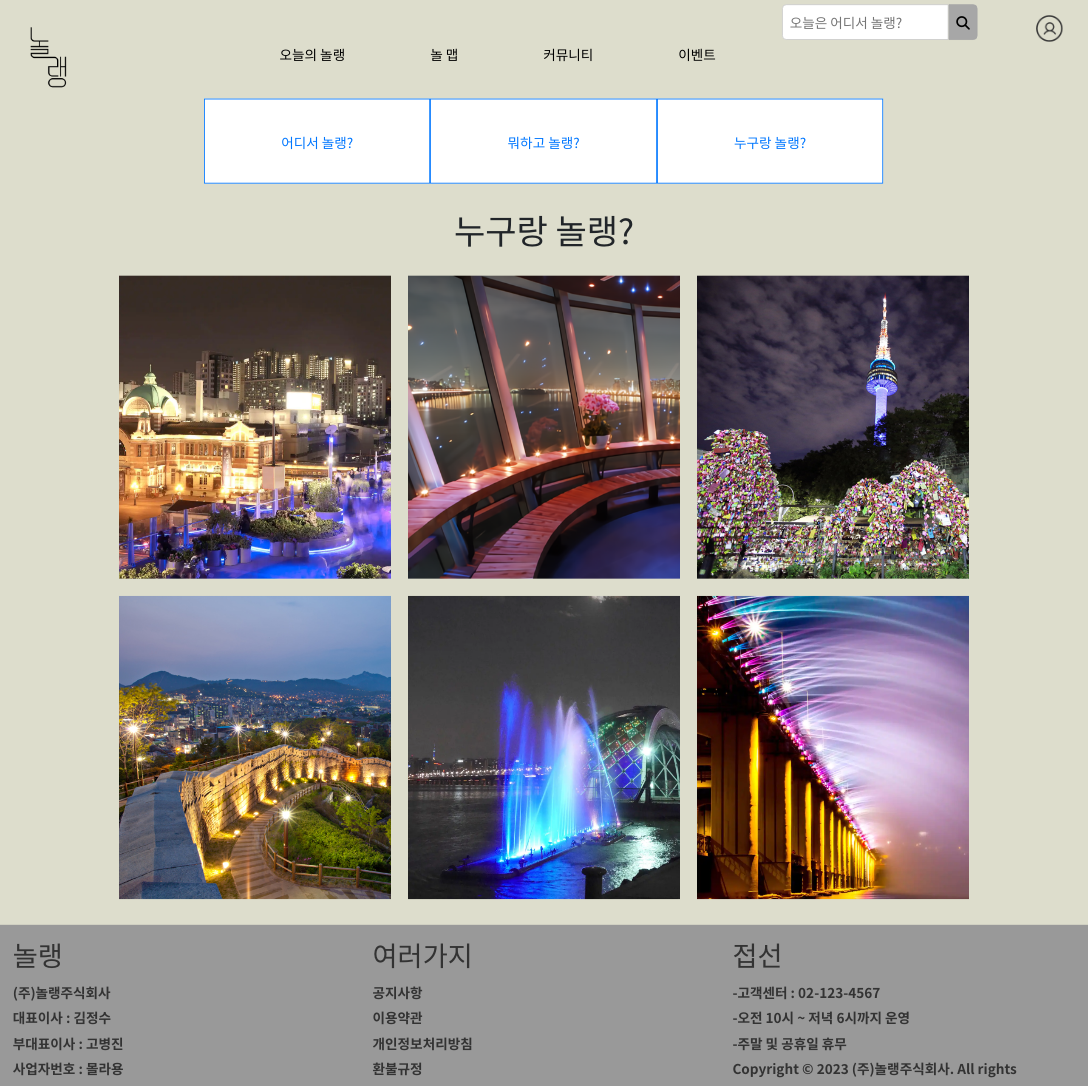
Repository: rrqrw/-
Page: http://localhost/noll_project/who/who2.jsp
The author's editor kept a copy of each file at every save. The page is drawn from the files as they stood at one save, then again after the next save.
The browser window is 1280 px wide. The pictures show the whole page, at 85% of full size.
Some web fonts or font styles are not loaded; a fallback is used. Some web libraries are served in a nearby version. The page is served by Tomcat 9. Other server files are loaded and not shown.

Above is the page before, as saved 2023-12-12 12:19:00.

### noll_project/src/main/webapp/who/who2.jsp
<%@ page language="java" contentType="text/html; charset=UTF-8"
    pageEncoding="UTF-8"%>
<%@ taglib uri="http://java.sun.com/jsp/jstl/core" prefix="c" %>
<%@ taglib uri="http://java.sun.com/jsp/jstl/fmt" prefix="fmt" %>
<!DOCTYPE html>
<html lang="en">
<head>
  <meta charset="UTF-8">
  <meta name="viewport" content="width=device-width, initial-scale=1.0">
  <title>Document</title>
  <link rel="stylesheet"  href="../resources/css/bootstrap.css">
  <link rel="stylesheet" href="../resources/css/style.css">

 <script src="https://kit.fontawesome.com/7c6041109a.js" crossorigin="anonymous"></script>
  <link href="https://fonts.googleapis.com/css2?family=Black+Han+Sans&family=Nanum+Gothic+Coding:wght@700&family=Nanum+Pen+Script&family=Noto+Sans+KR&display=swap" rel="stylesheet">
</head>
<body>
<jsp:include page="../header.jsp" />
  <div class="container">
    <div class="menu">
    <ul>
      <li><a href="../who/who1.jsp">어디서 놀랭?</a></li>
      <li><a href="../who/who2.jsp">뭐하고 놀랭?</a></li>
      <li><a href="../who/who3.jsp">누구랑 놀랭?</a></li>
    </ul>
  </div>
    <div id="content">
    <h1>누구랑 놀랭?</h1>
    <ul class="prod-list">
      <li>
        <img src="../resources/images/7017.jpg" alt="상품1">
        <div class="caption">
          <a href="../instar/instar.jsp"><h2>상품 1</h2></a>
          <p>상품 1 설명 텍스트</p>
          <p>가격: 20,000원</p>
        </div>
      </li>
      <li>
        <img src="../resources/images/bg2광진.png" alt="상품2" >
        <div class="caption">
          <a href="../instar/instar.jsp"><h2>상품 1</h2></a>
          <p>상품 2 설명 텍스트</p>
          <p>가격: 30,000원</p>
        </div>
      </li>
      <li>
        <img src="../resources/images/bg3.jpg" alt="상품3">
        <div class="caption">
          <a href="../instar/instar.jsp"><h2>상품 1</h2></a>
          <p>상품 3 설명 텍스트</p>
          <p>가격: 30,000원</p>
        </div>
      </li>
      <li>
        <img src="../resources/images/낙산.jpg" alt="상품3">
        <div class="caption">
          <a href="../instar/instar.jsp"><h2>상품 1</h2></a>
          <p>상품 3 설명 텍스트</p>
          <p>가격: 30,000원</p>
        </div>
      </li>
      <li>
        <img src="../resources/images/여의도한강.jpg" alt="상품3">
        <div class="caption">
          <a href="../instar/instar.jsp"><h2>상품 1</h2></a>
          <p>상품 3 설명 텍스트</p>
          <p>가격: 30,000원</p>
        </div>
      </li>
      <li>
        <img src="../resources/images/한강.jpg" alt="상품3">
        <div class="caption">
          <a href="../instar/instar.jsp"><h2>상품 1</h2></a>
          <p>상품 3 설명 텍스트</p>
          <p>가격: 30,000원</p>
        </div>
      </li>

    </ul>
  	</div>

        </div>
  <jsp:include page="../footer.jsp" />
</body>
</html>

### noll_project/src/main/webapp/header.jsp
<%@ page language="java" contentType="text/html; charset=UTF-8"
    pageEncoding="UTF-8"%>
<!DOCTYPE html>
<html lang="en">
<head>
  <meta charset="UTF-8">
  <meta name="viewport" content="width=device-width, initial-scale=1.0">
  <title>상단 메뉴(nav bar)</title>

  <link rel="stylesheet" href="resources/css/style.css">

  <script src="https://kit.fontawesome.com/7c6041109a.js" crossorigin="anonymous"></script>
  <script src="https://code.jquery.com/jquery-3.7.1.js" integrity="sha256-eKhayi8LEQwp4NKxN+CfCh+3qOVUtJn3QNZ0TciWLP4=" crossorigin="anonymous"></script>
  <!-- defer, async 아래 html을 다읽고 외부 js를 읽게 (지연) 해줌 -->
</head>
<body>
  <nav class="navbar">
    <div class="navbar_logo">
      <a href="#"><img src="../resources/images/logo.png" alt="로고" style="width: 80px;"></a>
    </div>
    <ul class="navbar_menu">
      <li><a href="">오늘의 놀랭</a></li>
      <li><a href="">놀 맵</a></li>
      <li><a href="">커뮤니티</a></li>
      <li><a href="">이벤트</a></li>
    </ul>
    <a href="#" class="navbar_toggleBtn">
      <i class="fa-solid fa-bars"></i>
    </a>

    <div id="search">
      <form action="#" method="get">
          <input type="text" placeholder="오늘은 어디서 놀랭?" id="search_input">
          <button type="submit"><i class="fas fa-search"></i></button>
      </form>
    </div>
  <div id="login">
     <a href="#"><img src="../resources/images/login.png" alt="로그인"></a>
  </div>
  </nav>
</body>
</html>

### noll_project/src/main/webapp/footer.jsp
<%@ page language="java" contentType="text/html; charset=UTF-8"
    pageEncoding="UTF-8"%>
<footer class="footer_cell">
      <div class="footer_info">
         <div class="footer_cell">
            <h2 class="footer_h">놀랭</h2>
            <ul class="footer_u">
               <li>(주)놀랭주식회사</li>
               <li>대표이사 : 김정수</li>
               <li>부대표이사 : 고병진</li>
               <li>사업자번호 : 몰라용</li>
            </ul>
         </div>
         <div class="footer_cell">
            <h2 class="footer_h">여러가지</h2>
            <ul class="footer_u">
               <!-- 나중에 링크 넣어서 바로 넘어갈 수 있도록 생각 -->
               <li><a href="#">공지사항</a></li>
               <li><a href="#">이용약관</a></li>
               <li><a href="#">개인정보처리방침</a></li>
               <li><a href="#">환불규정</a></li>
            </ul>
         </div>
         <div class="footer_cell">
            <h2 class="footer_h">접선</h2>
            <ul class="footer_u">
               <li>-고객센터 : 02-123-4567</li>
               <li>-오전 10시 ~ 저녁 6시까지 운영</li>
               <li>-주말 및 공휴일 휴무</li>
               <li>Copyright © 2023 (주)놀랭주식회사. All rights</li>
            </ul>
         </div>
      </div>
   </footer>

### noll_project/src/main/webapp/resources/css/style.css
@charset "UTF-8";
*{
	font-family: 'Noto Sans KR', sans-serif;
}
body{
	background: #ddddcc;
}
/* header 스타일 */
a{
  text-decoration: none;
  color: black;
}

/* pc 기준 */
.navbar{
  display: flex;
  justify-content: space-between;
  align-items: center;
}

.navbar_logo{
  width: 80px;
  height: 80px;
  font-size: 24px;
  padding-left: 20px;
  padding-top: 20px;
}

.navbar_menu{
  display: flex;
  list-style: none;
   margin-right: 10%;
  padding-top: 30px;
  padding-left: 0;
}

#login {
  position: top;
  padding-bottom: 30px;
  padding-right: 30px;
}

.navbar_menu li a{padding: 8px 50px;}
.navbar_toggleBtn{
  font-size: 24px;
  position: absolute;
  right: 30px;
  display: none;
}

/* 검색바 스타일 */
#search {
  position: absolute;
  top: 5px;
  right: 130px; /* 조정 가능한 우측 간격 */
}

/* 검색바 스타일 */
#search form {
  display: flex;
}

#search_input {
  padding: 8px;
  border: 1px solid #ccc;
  border-radius: 5px 0 0 5px;
}

#search button {
  padding: 8px;
  background-color: rgb(167, 167, 167);
  border: 1px solid rgb(167, 167, 167);
  border-radius: 0 5px 5px 0;
  color: black;
  cursor: pointer;
}

#search button:hover {
  background-color: rgb(128, 128, 128);
 }

/* 테블릿 기준 */
@media screen and (max-width: 1100px){
  .navbar_menu{
    padding-right: 60px;
  }
  .navbar_menu li{
    padding-top: 10px;
    display: flex;
  }
  .navbar_toggleBtn{
    font-size: 24px;
    position: absolute;
    right: 30px;
    top: 20px;
  }

  /* 검색바 스타일 */
#search {
  position: absolute;
  top: 5px;
  right: 130px; /* 조정 가능한 우측 간격 */
}

#search form {
  display: flex;
}

#search_input {
  padding: 8px;
  border: 1px solid #ccc;
  border-radius: 5px 0 0 5px;
}

#search button {
  padding: 8px;
  background-color: rgb(167, 167, 167);
  border: 1px solid rgb(167, 167, 167);
  border-radius: 0 5px 5px 0;
  color: black;
  cursor: pointer;
}

#search button:hover {
  background-color: rgb(128, 128, 128);
 }

 .navbar_toggleBtn{
  font-size: 24px;
  position: absolute;
  right: 30px;
  top: 40px;
 }

 #login{
  position: absolute;
  top: 5px;
  right: 10px;
 }
}


/* 모바일 기준 */
@media screen and (max-width: 768px){
  .navbar{
    flex-direction: column;
    align-items: flex-start;
    padding: 8px 20px;
  }

  .navbar_menu{
    /* align-items: center;  */
    width: 100%;
    padding-top: 10px;
    /* justify-content: flex-end; */
    align-items: flex-end;
  }

 /* 햄버거 메뉴 스타일 */
 .navbar_toggleBtn{
  font-size: 24px;
  position: absolute;
  right: 30px;
  top: 40px;
 }
  .navbar_menu li{
    padding-top: 5px;
  }

  .navbar_toggleBtn{
    display: block;
  }

  #login{
    position: absolute;
    top: 40px;
    right: 45px;
  }


/* 검색바 스타일 */
#search {
  position: absolute;
  top: 40px;
  right: 130px; /* 조정 가능한 우측 간격 */
}

#search form {
  display: flex;
}

#search_input {
  width: 50px;
  padding: 8px;
  border: 1px solid #ccc;
  border-radius: 5px 0 0 5px;
}

#search button {
  padding: 8px;
  background-color: rgb(167, 167, 167);
  border: 1px solid rgb(167, 167, 167);
  border-radius: 0 5px 5px 0;
  color: black;
  cursor: pointer;
}

#search button:hover {
  background-color: rgb(128, 128, 128);
 }
}
/* footer 스타일 */
footer .footer_cell { height: 180px;}

.footer_info {
  display: flex;
  justify-content: space-between;
  padding: 5px;
  background-color: #999999;
}


.footer_cell {
  flex: 1
  ;
  text-align: left;
  color: rgb(51, 51, 51);
  font-weight: bold;
}

.footer_cell li a {
  color: rgb(51, 51, 51);
  font-weight: bold;
  text-decoration: none;
}

.footer_h {
  margin: 10px;
}

.footer_u {
  margin: 10px;
  line-height: 30px;
}



/* general */

ul,li {
  margin: 0;
  padding: 0;
  list-style-type: none;
  list-style-position: inside;
}
footer p {
  margin-top: 18px;
  font-size: 11px;
  color: #c7c7c7;
  line-height: 18px;
}
.pic {
  border-radius: 100%;
}
span.userID {
  margin-right: 5px;
}
span.sub-span {
  font-size: 12px;
  color: #8e8e8e;
}
span.point-span {
  font-weight: 500;
  font-size: 14px;
  color: #262626;
}

/* main */
main {
  width: 960px;
  margin: 0 auto;
  padding-top: 94px;
  padding-bottom: 40px;
}
.main-right {
  width: 310px;
  display: inline-block;
  position: fixed;
  top: 94px;
}
.feeds {
  width: 614px;
  margin-right: 34px;
  display: inline-block;
}
article, .section-story, .section-recommend {
  background-color: #fff;
  border-radius: 3px;
  border: 1px solid #DBDBDB;
}
article {
  margin-bottom: 60px;
}
.section-story, .section-recommend {
  width: 310px;
  padding: 14px 16px;
  overflow-y: hidden;
}
.section-story {
  height: 212px;
  margin-bottom: 20px;
}
.section-recommend {
  height: 180px;
}
/* article */
header {
  height: 60px;
  padding: 0 16px;
  display: flex;
  align-items: center;
  justify-content: space-between;
}
.profile-of-article {
  display: flex;
  align-items: center;
}
.img-profile {
  width: 32px;
  height: 32px;
  border: 1px solid #fafafa;
  border-radius: 100%;
}
.main-image img {
  width: 612px;
}
.main-id {
  margin-left: 14px;
}
.icon-more {
  justify-self: end;
}
.icons-react {
  height: 40px;
  padding: 0 16px;
  display: flex;
  align-items: center;
  justify-content: space-between;
}
.icon-react {
  width: 24px;
  height: 24px;
}
.icons-left {
  display: flex;
  align-items: center;
}
.icons-left .icon-react {
  margin-right: 12px;
}
/* article text data */
.reaction {
  padding: 0 16px;
}
.liked-people {
  display: flex;
  align-items: center;
  height: 18px;
  margin: 2px 0 8px 0;
}
.liked-people img {
  display: inline-block;
  margin-right: 4px;
  width: 20px;
  height: 20px;
  border: 1px solid #fafafa;
}
.liked-people p {
  display: inline-block;
  color: #262626;
  font-size: 14px;
}
.description {
  display: flex;
  align-items: center;
  height: 18px;
}
span.at-tag {
  color: #00376B;
}
ul.comments {
  margin-top: 5px;
}
ul.comments li {
  height: 21px;
  display: flex;
  justify-content: space-between;
  color: #262626;
  font-size: 14px;
}
img.comment-heart {
  width: 12px;
  height: 12px;
}
div.time-log {
  margin-bottom: 8px;
}
div.time-log span {
  height: 18px;
  font-size: 12px;
  color: #8e8e8e;
}
.hl {
  border-top: 1px solid #DBDBDB;
  width: 612px;
}
/* comment input */
.input-comment {
  font-size: 14px;
  width: 560px;
  height: 18px;
  padding: 28px 16px;
  border-style: none;
  box-sizing: border-box;
  color: #262626;
}
.input-comment:focus {
outline: none;
}
.input-comment::placeholder {
  color: #8e8e8e;
}
button.submit-comment {
  color: #0095f6;
  background-color: #fff;
  border-style: none;
  height: 40px;
  width: 40px;
  padding: 4px;
  font-size: 14px;
  font-weight: 600;
}
.submit-comment:disabled {
  color: #B9DFFC;
}
button.submit-comment:focus {
  outline: none;
}

/* story & recommendation */
.menu-title {
  display: flex;
  justify-content: space-between;
  align-items: center;
  margin-bottom: 14px;
}
.sub-title {
  font-size: 14px;
  color: #8e8e8e;
  font-weight: 600;
}
.find-more {
  font-size: 12px;
  font-weight: 600;
  color: #262626;
}
.story-list li, .recommend-list li {
  display: flex;
  align-items: flex-start;
}
ul.story-list img.story {
  box-sizing: content-box;
  border: 2px solid #fff;
}
div.gradient-wrap {
  width: 40px;
  height: 40px;
  display: flex;
  justify-content: center;
  align-items: center;
  border-radius: 100%;
  background: radial-gradient(circle at bottom left, #F58529 20%, #C42D91);
}
ul.story-list .profile-text {
  margin-top: 3px;
}
.profile-text {
  display: inline-block;
  margin: 0 0 10px 8px;
}
.profile-text span {
  display: block;
}
.profile-text span.userID {
  margin-bottom: 2px;
}
.recommend-list li {
  display: flex;
  justify-content: space-between;
  align-items: flex-start;
}
.btn-follow {
  padding-top: 7px;
  color: #0095f6;
  font-weight: 600;
  font-size: 12px;
}
.recommend-friend-profile {
  display: flex;
  align-items: flex-start;
}

/*who*/
.container ul li{
  list-style: none;

}
.container ul li a{
  text-decoration: none;
  color: rgb(0, 119, 255);
}
.menu{
  width: 800px;
  height: 100px;

 margin: 0 auto;
 margin-top: 20px;

}

.menu ul li{
  float: left;
  width: 33.3%;
  height: 100px;
  line-height: 100px;
  vertical-align: middle;
  text-align: center;
  background: white;
  border: 1px solid rgb(0, 119, 255);
}
.menu ul li a{
  display: block;
}
.menu ul li a:hover{
  background:rgb(0, 119, 255);
  color: white;
}

/*who1*/
#content ul{list-style: none;}
#content{width: 1000px; margin: 30px auto;}
#content h1{text-align: center;}
.prod-list{margin-top: 30px; display: grid; grid-template-columns: repeat(3, 1fr); gap: 20px;}
.prod-list li{position: relative; overflow: hidden;}
.prod-list img{width: 500px; height: 100%; display: block;}
.caption{
  width: 100%; height: 100%; background: rgba(0, 0, 0, 0.6);
  color: #fff; position: absolute; top: 0; transition: all 0.6s;
  display: flex; flex-direction: column; justify-content: center; align-items: center;
  opacity: 0;
}
.prod-list li:hover .caption{opacity: 1;}
.caption a h2{color: white;}
.caption a h2, p{text-align: center; line-height: 2; padding: 10px;}

Loaded but not shown: noll_project/src/main/webapp/resources/css/bootstrap.css (library)

After the next save:
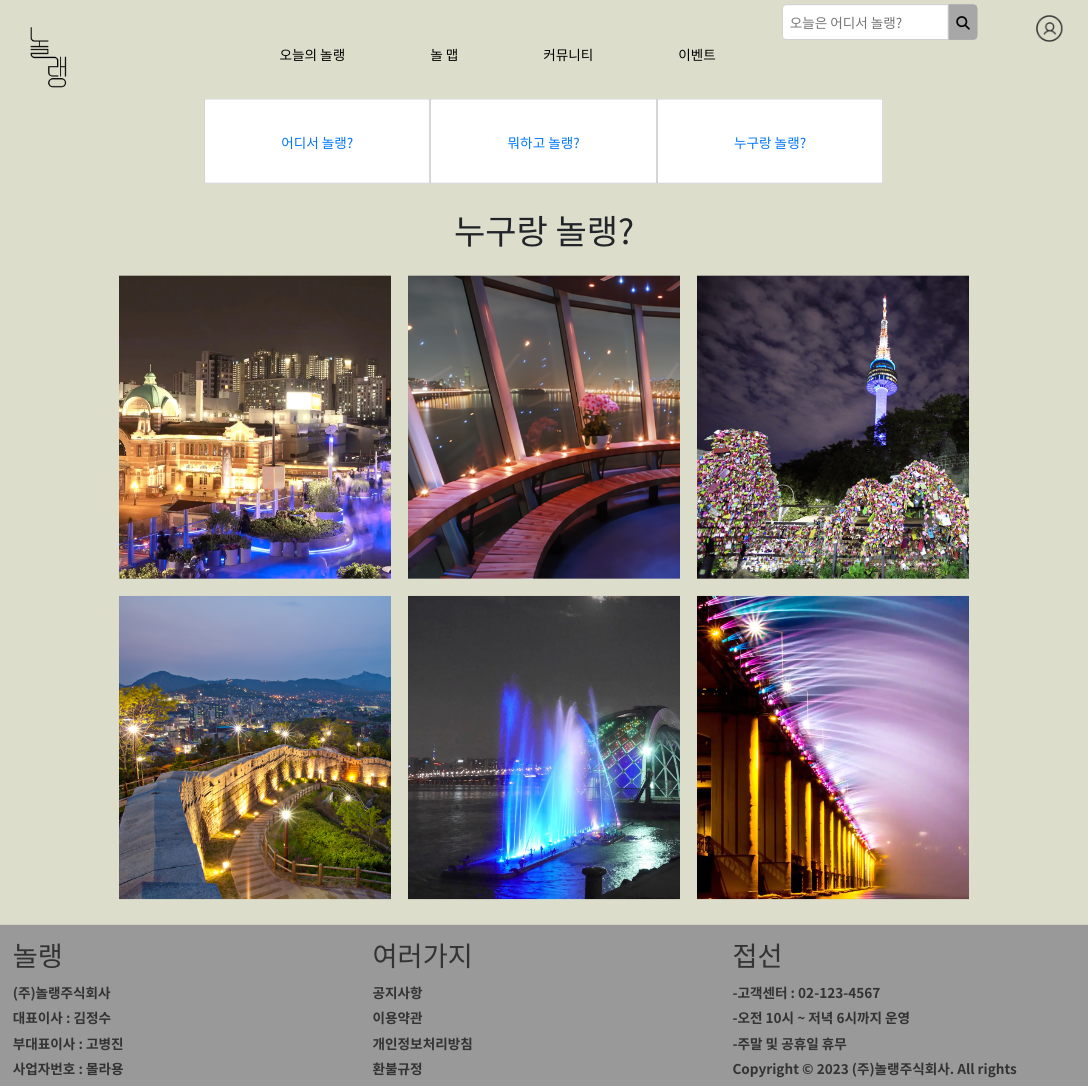
Saved 30 s later.
--- a/noll_project/src/main/webapp/resources/css/style.css
+++ b/noll_project/src/main/webapp/resources/css/style.css
@@ -536,7 +536,7 @@
   vertical-align: middle;
   text-align: center;
   background: white;
-  border: 1px solid rgb(0, 119, 255);
+  border: 1px solid #ccc;
 }
 .menu ul li a{
   display: block;
